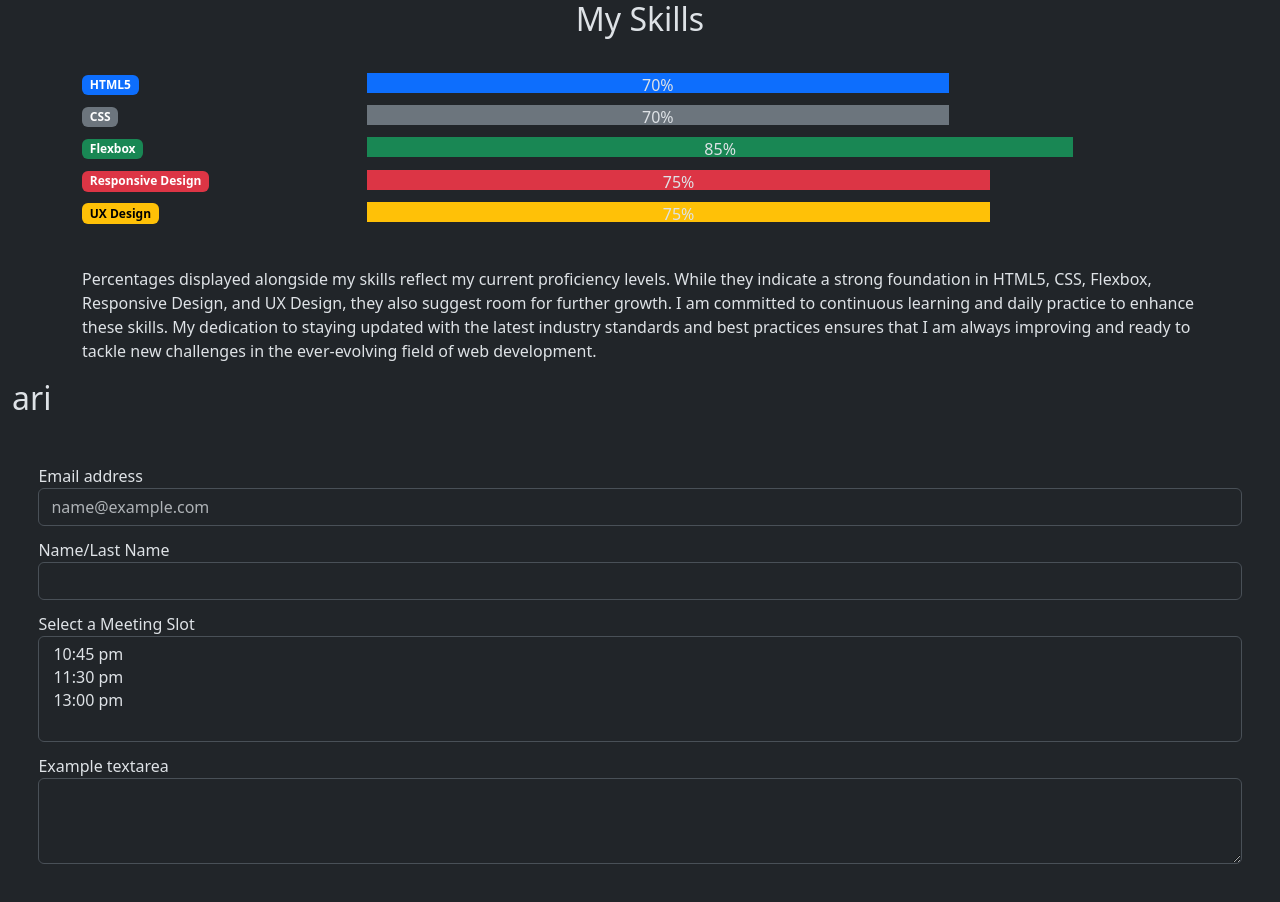
Repository: uvee35/Bootstrap-Portfolio
Page: index.html
The author's editor kept a copy of each file at every save. The page is drawn from the files as they stood at one save, then again after the next save.
The browser window is 1280 px wide. The pictures show the part of the page from y = 1074 to 1993 px (the page is 1976 px tall before and 1993 px after).
A picture or video elsewhere on the page could not be fetched, so the positions and the page height are approximate.

Above is the page before, as saved 2023-12-18 20:07:41.

After the next save:
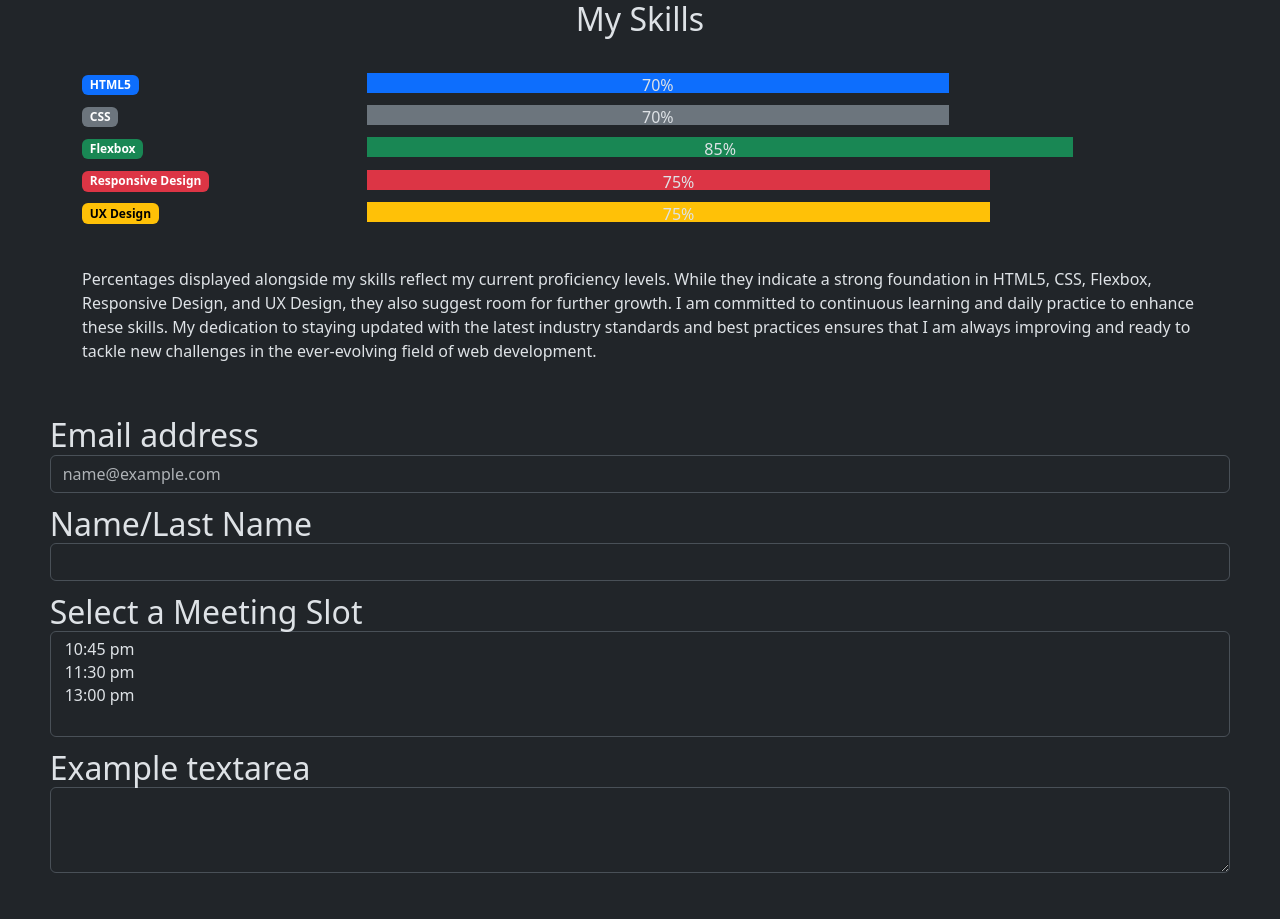
Saved 4 s later.
--- a/index.html
+++ b/index.html
@@ -254,7 +254,7 @@
     </div>
 
     <!-- Contact Me -->
-    <h2 class="container-fluid"  id="contact-me" style="display: flexbox; justify-content: center;">ari</h2>
+    <h2 class="container-fluid"  id="contact-me" style="display: flexbox; justify-content: center;"</h2>
     <form style="padding: 3%;"
       <div class="form-group">
         <label for="exampleFormControlInput1">Email address</label>

After the save that followed:
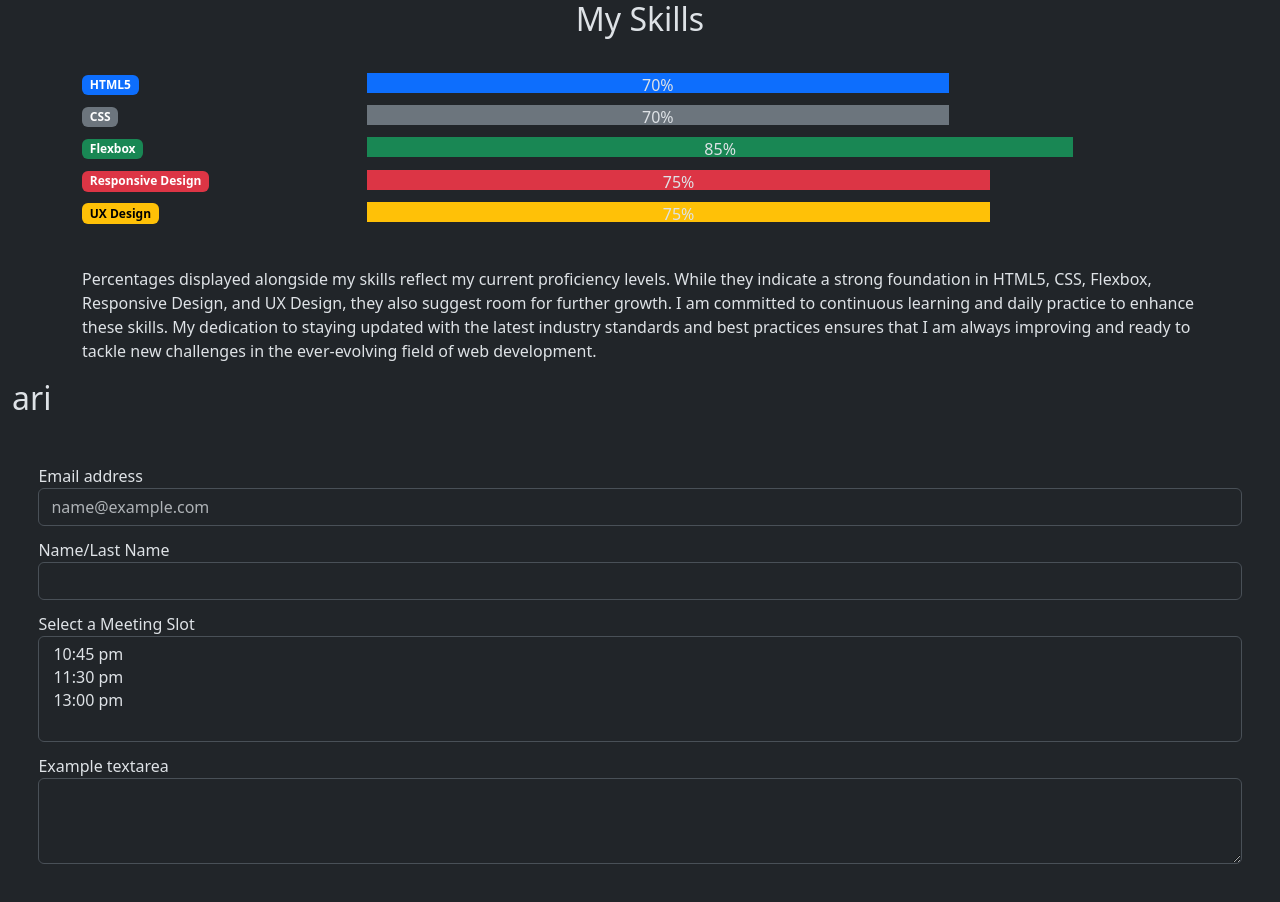
Saved 4 s later.
--- a/index.html
+++ b/index.html
@@ -254,7 +254,7 @@
     </div>
 
     <!-- Contact Me -->
-    <h2 class="container-fluid"  id="contact-me" style="display: flexbox; justify-content: center;"</h2>
+    <h2 class="container-fluid"  id="contact-me" style="display: flexbox; justify-content: center;">ari</h2>
     <form style="padding: 3%;"
       <div class="form-group">
         <label for="exampleFormControlInput1">Email address</label>
